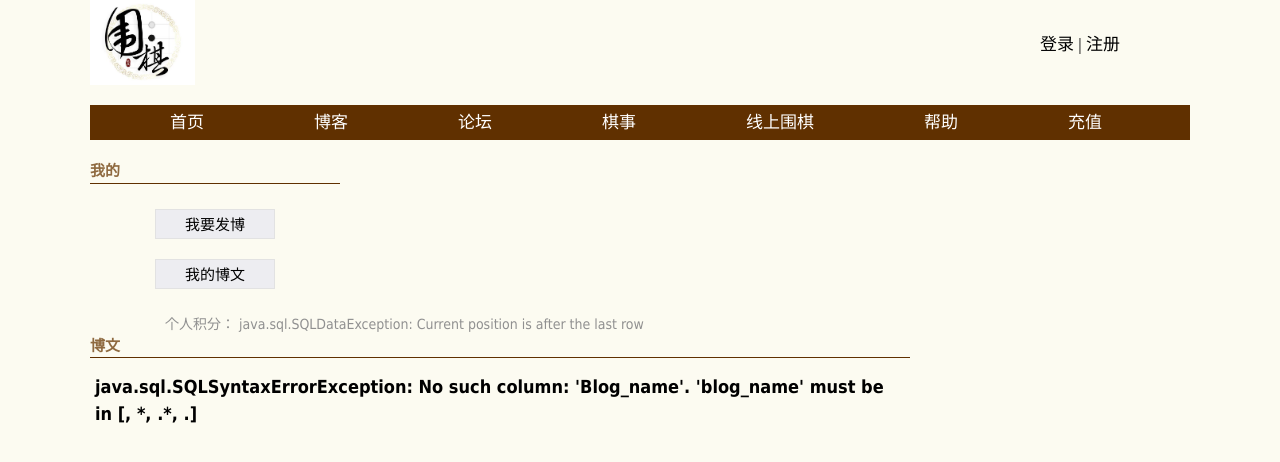
Repository: yxh0/Go
Page: http://localhost/keshe/keshe/blog.jsp
These files come from the project's save history. The page is drawn as it stood at one moment and after the next save; the edit follows.
The browser window is 1280 px wide. The pictures show the whole page.
The page is served by Tomcat 9. Other server files are loaded and not shown. Queries for data that is not in the repository find no rows.

Above is the page before, as saved 2020-06-11 00:33:07.

### SoftwareProjectGo/keshe/WebContent/keshe/blog.jsp
<%@ page language="java" contentType="text/html; charset=UTF-8"
    pageEncoding="UTF-8"%>
<%@ page import="java.sql.*" %>
<!DOCTYPE html>
<html>
<head>
<meta charset="UTF-8">
<title>博客页面</title>
<link rel="stylesheet" href="css/init.css">
<link rel="stylesheet" href="css/public.css">
<link rel="stylesheet" href="css/blog.css">
</head>
<body>
	<div class="header w">
		<div class="logo">
			<img src="images/logo.jpg" alt="" />
		</div>
		<div class="login">
			<ul>
				<li>
					<a href="login.jsp">登录</a> |
					<a href="register.jsp">注册</a>
				</li>
			</ul>
		</div>
	</div>
	<!-- 导航栏 -->
	<div class="nav w">
		<div class="container">
			<ul class="left">
		    	<li><a href="index.jsp" >首页</a></li>
		    	<li><a href="blog.jsp" >博客</a></li>
		    	<li><a href="luntan.jsp" >论坛</a></li>
		    	<li><a href="qishi.jsp" >棋事</a></li>
		    	<li><a href="xianshangweiqi.jsp" >线上围棋</a></li>
		    	<li><a href="bangzhu.jsp" >帮助</a></li>
		    	<li><a href="chongzhi.jsp" >充值</a></li>
			</ul>
  		</div>
	</div>
	<div class="big w">
		<div class="self">
			<h4>我的</h4>
			<button>我要发博</button><br>
			<button>我的博文</button><br>
			<div class="info">
				<p>个人积分：
				<%
				Connection con;
		    	Statement sql;
		    	ResultSet rs;
		    	Class.forName("com.mysql.jdbc.Driver");
		    	try
				{
					String uri= "jdbc:mysql://localhost:3306/weiqiluntan";
		            String user="root";
		            String password="0";
		            con=DriverManager.getConnection(uri,user,password);
		            sql=con.createStatement();
		            rs=sql.executeQuery("SELECT user_jifen FROM chess_user WHERE user_name = 'testman' ");
		            rs.next();
		            out.print(rs.getString("user_jifen"));
			    	con.close();
				}
				catch(SQLException e){
					out.print(e);
				}
		        %>
		        </p>
			</div>
		</div>
		<div class="blogg">
			<h4>博文</h4>
			<div class="cont">
			<%
				//Connection con;
		    	//Statement sql;
		    	//ResultSet rs;
		    	Class.forName("com.mysql.jdbc.Driver");
		    	try
				{
					String uri= "jdbc:mysql://localhost:3306/weiqiluntan";
		            String user="root";
		            String password="0";
		            con=DriverManager.getConnection(uri,user,password);
		            sql=con.createStatement();
		            rs=sql.executeQuery("SELECT * FROM blog order by Blog_date desc");
		            rs.next();
		            for (int i = 0; i < 2; ++i)
		            {
		     %>
						<h2><%	out.print(rs.getString("Blog_name"));	%></h2>
						<span class="people"> <%= rs.getString("Blog_replies") %> 回复 | <%= rs.getString("Blog_agreements")%> 点赞</span>
						<%		rs.next();
					}
				    con.close();
				}
				catch(SQLException e){
					out.print(e);
				}
						%>
			</div>
		</div>
	</div>
</body>
</html>

### SoftwareProjectGo/keshe/WebContent/keshe/css/init.css
@charset "UTF-8";
/* 基础的初始化 */
* {
    margin: 0;
    padding: 0;
    box-sizing: border-box;
}
/* em 和 i 斜体的文字不倾斜 */
em,
i {
    font-style: normal
}

li {
    list-style: none
}

img {
    border: 0;
    vertical-align: middle
}

button {
    cursor: pointer
}

a {
    text-decoration: none
}

button,
input {
    font-family: Microsoft YaHei, Heiti SC, tahoma, arial, Hiragino Sans GB, "\5B8B\4F53", sans-serif;
    /* 默认有灰色边框我们需要手动去掉 */
    border: 0;
    outline: none;
}

body {
    -webkit-font-smoothing: antialiased;
    background-color: #fff;
    font: 12px/1.5 Microsoft YaHei, Heiti SC, tahoma, arial, Hiragino Sans GB, "\5B8B\4F53", sans-serif;
    color: black;
}

.hide,
.none {
    display: none
}
/* 清除浮动 */
.clearfix:after {
    visibility: hidden;
    clear: both;
    display: block;
    content: ".";
    height: 0
}

.clearfix {
    *zoom: 1
}

### SoftwareProjectGo/keshe/WebContent/keshe/css/public.css
@charset "UTF-8";
/* 版心 */
body {
	background-color: #fcfbf1;
}
.w {
    width: 1100px;
    margin: 0 auto;
}
.nav {
    height: 35px;
    background-color: #603000;
    line-height: 35px;
}
.nav ul li{
	float: left;
}
.nav li a{
	color: white;
	font-size: 17px;
	border-right: 20px;
	padding: 20px 30px;
	margin-left: 50px;
}
.nav li a:hover{
	color: yellow;
}
.header {
    position: relative;
    height: 105px;
}
.logo {
	position: absolute;
	width: 105px;
	height: 85px;
}
.logo img {
	width: 100%;
	height: 100%;
}
.login {
	margin-left: 950px;
	margin-top: 30px;
	position: absolute;
	font: 17px Microsoft YaHei;
	text-align: center;
}
.login li a{
	color: black;
}
.login li a:hover {
	color: #ebc21f;
}
.footer p {
    width: 250px;
    font-size: 20px;
    color: #7B7B7B;
    margin: 60px auto;
}

### SoftwareProjectGo/keshe/WebContent/keshe/css/blog.css
@charset "UTF-8";
.big {
	margin-top: 20px;
}
.self {
	float: left;
	margin-right: 30px;
}
.big .self h4,
.big .blogg h4 {
	width: 250px;
	border-bottom: solid 1px #603000;
	margin-bottom: 15px;
	font-size: 15px;
	weight: 500;
	color: #8f6a40;
}
.big .self button {
	width: 120px;
    height: 30px;
    margin: 10px 65px;
    border: 1px solid #E2E2E2;
    text-align: center;
    line-height: 30px;
    font-size: 15px;
    color: #000;
    background: #ededf1;
}
.big .self .info {
	margin-top: 15px;
	margin-left: 75px;
}
.big .self .info p{
	font-size: 14px;
	weight: 500;
	color: #909090;
}
.blogg {
	float: left;
}
.big .blogg h4,
.big .blogg .cont {
	width: 820px;
}
.big .blogg .cont h2 {
	margin: 5px;
}
.big .blogg .cont a {
	color: #000;
}
.big .blogg .cont a:hover {
	color: #ebc21f;
}
.big .blogg .cont p {
	margin-bottom: 35px;
	color: #8a8a8a;
}
.big .blogg .cont .people {
	font-size: 13px;
}

After the next save:
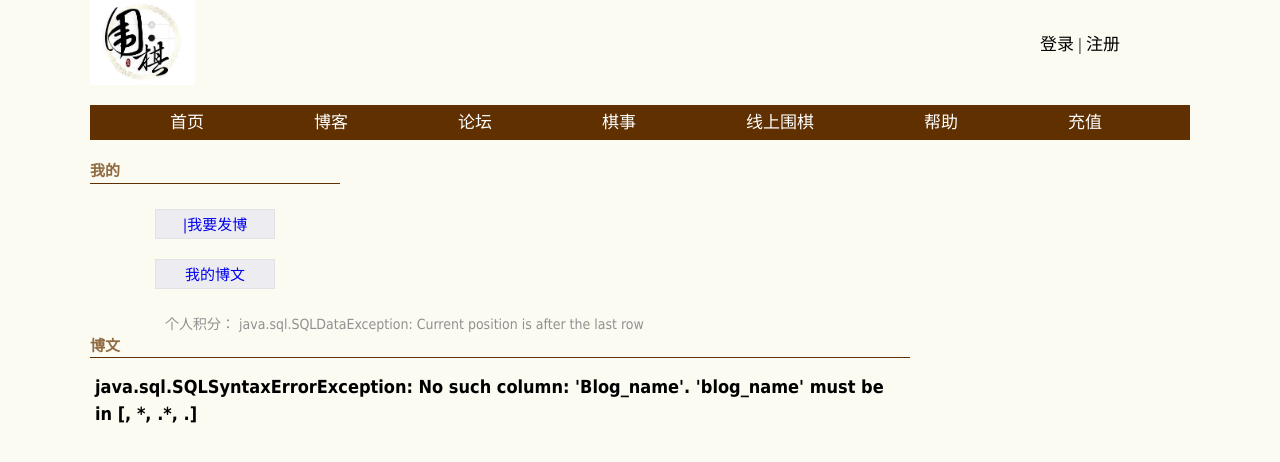
Saved 14 min 36 s later.
--- a/SoftwareProjectGo/keshe/WebContent/keshe/blog.jsp
+++ b/SoftwareProjectGo/keshe/WebContent/keshe/blog.jsp
@@ -41,8 +41,8 @@
 	<div class="big w">
 		<div class="self">
 			<h4>我的</h4>
-			<button>我要发博</button><br>
-			<button>我的博文</button><br>
+			<button><a href="login.jsp"> |我要发博</a></button><br>
+			<button><a href="login.jsp"> 我的博文</a></button><br>
 			<div class="info">
 				<p>个人积分：
 				<%
